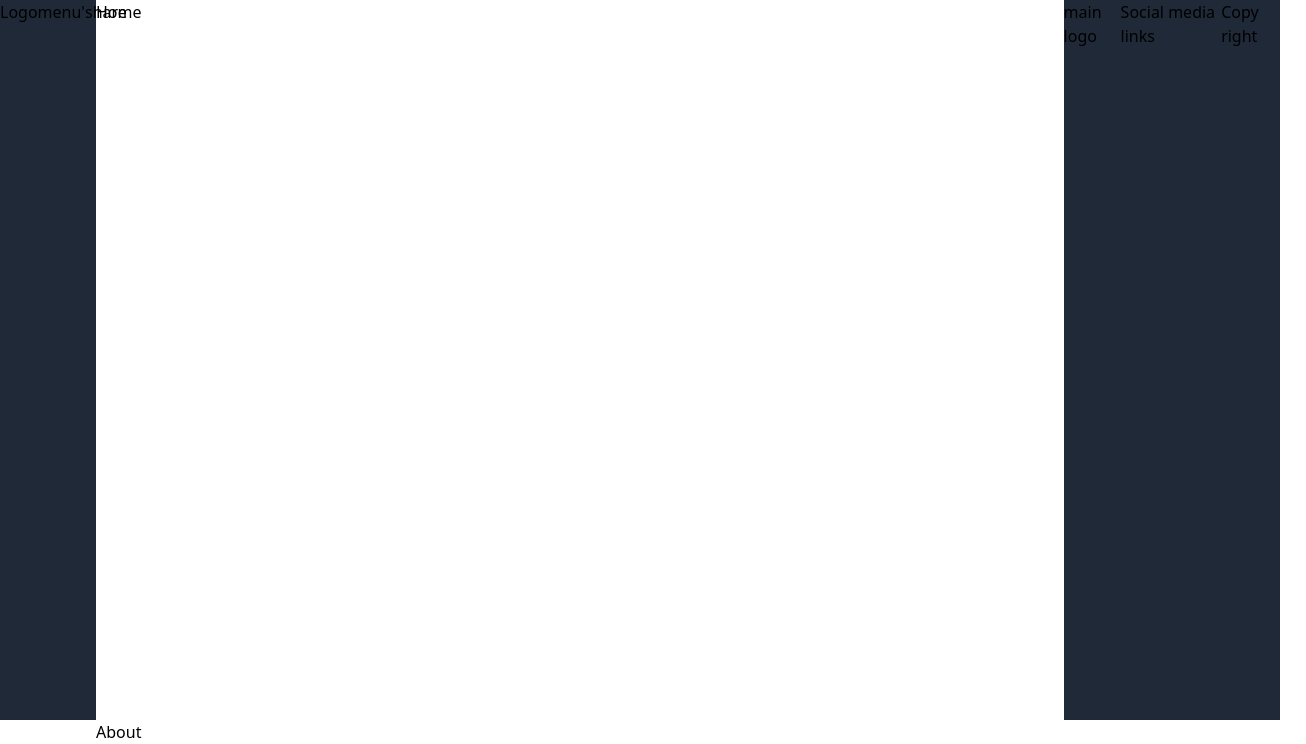
Repository: linco6054/template-tailwindcss
Page: index.html
These files come from the project's save history. The page is drawn as it stood at one moment and after a run of saves; the edit follows.
The browser window is 1280 px wide. The page is 1280 px wide, then 1306 px, so the pictures cover 1306 px, including what lies to the right of the window. The pictures show the whole page.

Above is the page before, as saved 2021-08-17 14:16:13.

After the next 3 saves:
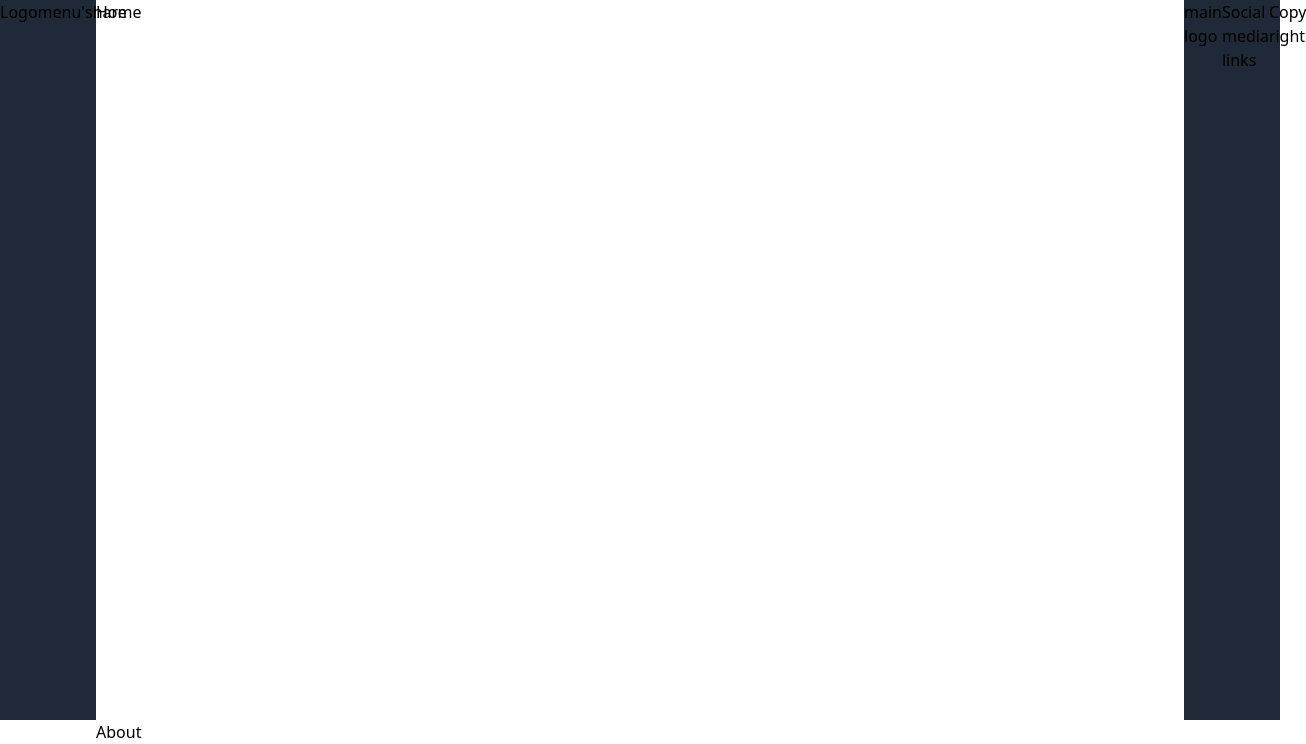
The 3 saves are shown as one change because they came seconds apart.
The last was saved 16 s later.
--- a/index.html
+++ b/index.html
@@ -24,7 +24,7 @@
       <div>About</div>
     </section>
     <!-- footer -->
-    <footer class="bg-gray-800 h-20 flex md:h-screen">
+    <footer class="w-full md:w-24 bg-gray-800 h-20 flex md:h-screen">
       <span>main logo</span>
       <span>Social media links</span>
       <span>Copy right</span>
